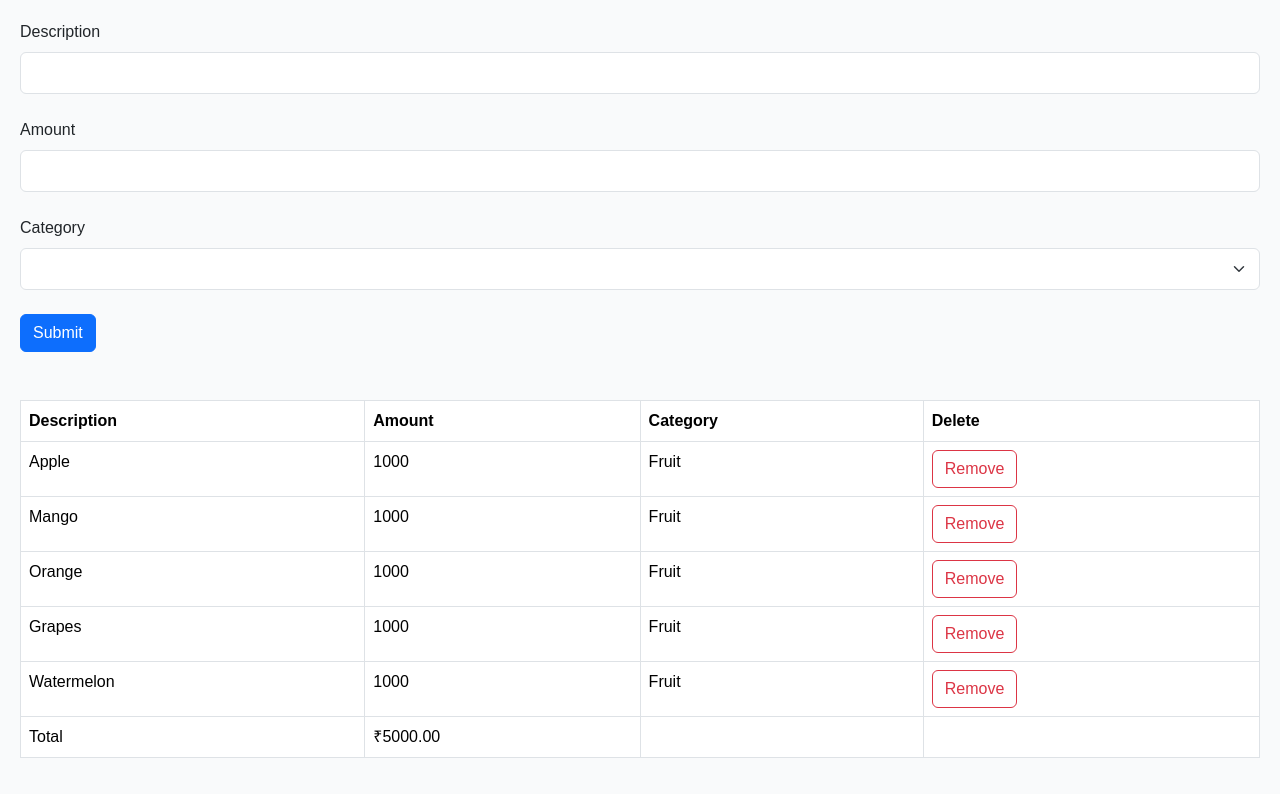
Repository: ahmad-dev7/TrendWear
Page: / (app in trend_wear_dashboard/)
The author's editor kept a copy of each file at every save. The page is drawn from the files as they stood at one save, then again after the next save.
The browser window is 1280 px wide. The pictures show the whole page.
The project was rebuilt for these pictures with package versions that can differ from the ones it lists, and the page was loaded fresh each time. Also part of the build but not shown: trend_wear_dashboard/vite.config.ts.

Above is the page before, as saved 2025-01-21 04:25:20.

### trend_wear_dashboard/index.html
<!doctype html>
<html lang="en">

<head>
  <meta charset="UTF-8" />
  <link rel="icon" type="image/svg+xml" href="/vite.svg" />
  <meta name="viewport" content="width=device-width, initial-scale=1.0" />
  <title>Trend Wear</title>
</head>

<body>
  <div id="root"></div>
  <script type="module" src="/src/main.tsx"></script>
</body>

</html>

### trend_wear_dashboard/src/main.tsx
import { StrictMode } from "react";
import { createRoot } from "react-dom/client";
import "bootstrap/dist/css/bootstrap.css";
import "./App.css";
import App from "./App.tsx";

createRoot(document.getElementById("root")!).render(
  <StrictMode>
    <App />
  </StrictMode>
);

### trend_wear_dashboard/src/App.css
body {
    background-color: #F9FAFB;
    padding: 20px;
    border-color: #e5e7eb;
    font-family: Arial, Helvetica, sans-serif;

}

#parent {
    display: flex;
}

### trend_wear_dashboard/src/App.tsx
// import Body from "./Components/Body/Body";
// import Navbar from "./Components/Navbar/Navbar";
// import Sidebar from "./Components/Sidebar/Sidebar";
// import AddProducts from "./Components/AddProduct/AddProduct";
// import Dashboard from "./Components/Dashboard/Dashboard";
import { useState } from "react";
import ExpenseList from "./ExpenseTracker/ExpenseList";
import ExpenseForm from "./Form";

export const categories = ["Fruit", "Vegetables", "Groceries"];

function App() {
  const [expenses, setExpenses] = useState([
    { id: 1, description: "Apple", amount: 1000, category: "Fruit" },
    { id: 2, description: "Mango", amount: 1000, category: "Fruit" },
    { id: 3, description: "Orange", amount: 1000, category: "Fruit" },
    { id: 4, description: "Grapes", amount: 1000, category: "Fruit" },
    { id: 5, description: "Watermelon", amount: 1000, category: "Fruit" },
  ]);

  return (
    <>
      <ExpenseForm
        onSubmitExpense={(expense) =>
          setExpenses([...expenses, { ...expense, id: expenses.length + 1 }])
        }
      />
      <div className="mb-5"></div>
      <ExpenseList
        expenses={expenses}
        onRemove={(id) => setExpenses(expenses.filter((e) => e.id != id))}
      />
    </>

    // <div id="parent">
    //   <Sidebar onSelectTab={setBody} />
    //   <div style={{ flex: 1 }}>
    //     <Navbar />
    //     <Body>
    //       {body == "Dashboard" && <Dashboard />}
    //       {body == "Add Product" && <AddProducts />}
    //     </Body>
    //   </div>
    // </div>
  );
}

export default App;

### trend_wear_dashboard/src/ExpenseTracker/ExpenseList.tsx
export interface Expenses {
  id: number;
  description: string;
  amount: number;
  category: string;
}

interface Props {
  expenses: Expenses[];
  onRemove: (id: number) => void;
}

const ExpenseList = ({ expenses, onRemove }: Props) => {
  if (expenses.length == 0) return null;

  return (
    <>
      <table className="table table-bordered">
        <thead>
          <tr>
            <th>Description</th>
            <th>Amount</th>
            <th>Category</th>
            <th>Delete</th>
          </tr>
        </thead>
        <tbody>
          {expenses.map((expense) => (
            <tr key={expense.id}>
              <td>{expense.description}</td>
              <td>{expense.amount} </td>
              <td>{expense.category} </td>
              <td>
                <button
                  onClick={() => onRemove(expense.id)}
                  className="btn btn-outline-danger"
                >
                  Remove
                </button>
              </td>
            </tr>
          ))}
        </tbody>
        <tfoot>
          <tr>
            <td>Total</td>
            <td>
              ₹
              {expenses
                .reduce((acc, expense) => expense.amount + acc, 0)
                .toFixed(2)}
            </td>
            <td></td>
            <td></td>
          </tr>
        </tfoot>
      </table>
    </>
  );
};

export default ExpenseList;

### trend_wear_dashboard/src/Form.tsx
import "bootstrap/dist/css/bootstrap.css";
import { FieldValues, useForm } from "react-hook-form";
import { categories } from "./App";

interface ExpenseFormData {
  description: string;
  amount: number;
  category: string;
}

interface Props {
  onSubmitExpense: (data: ExpenseFormData) => void;
}

const ExpenseForm = ({ onSubmitExpense }: Props) => {
  const { register, handleSubmit } = useForm();

  const onSubmit = (data: FieldValues) =>
    onSubmitExpense({
      description: data.description,
      amount: data.amount,
      category: data.category,
    });
  return (
    <form onSubmit={handleSubmit(onSubmit)}>
      <div className="mb-4">
        <label htmlFor="description" className="form-label">
          Description
        </label>
        <input
          {...register("description")}
          id="description"
          type="text"
          className="form-control p-2"
        />
      </div>
      <div className="mb-4">
        <label htmlFor="amount" className="form-label">
          Amount
        </label>
        <input
          {...register("amount")}
          id="amount"
          type="text"
          className="form-control p-2"
        />
      </div>
      <div className="mb-4">
        <label htmlFor="category" className="form-label">
          Category
        </label>
        <select
          {...register("category")}
          id="category"
          className="form-select p-2"
        >
          <option value=""></option>
          {categories.map((category) => (
            <option className="dropdown-item" value={category} key={category}>
              {category}
            </option>
          ))}
        </select>
      </div>
      <button className="btn btn-primary">Submit</button>
    </form>
  );
};

export default ExpenseForm;

After the next save:
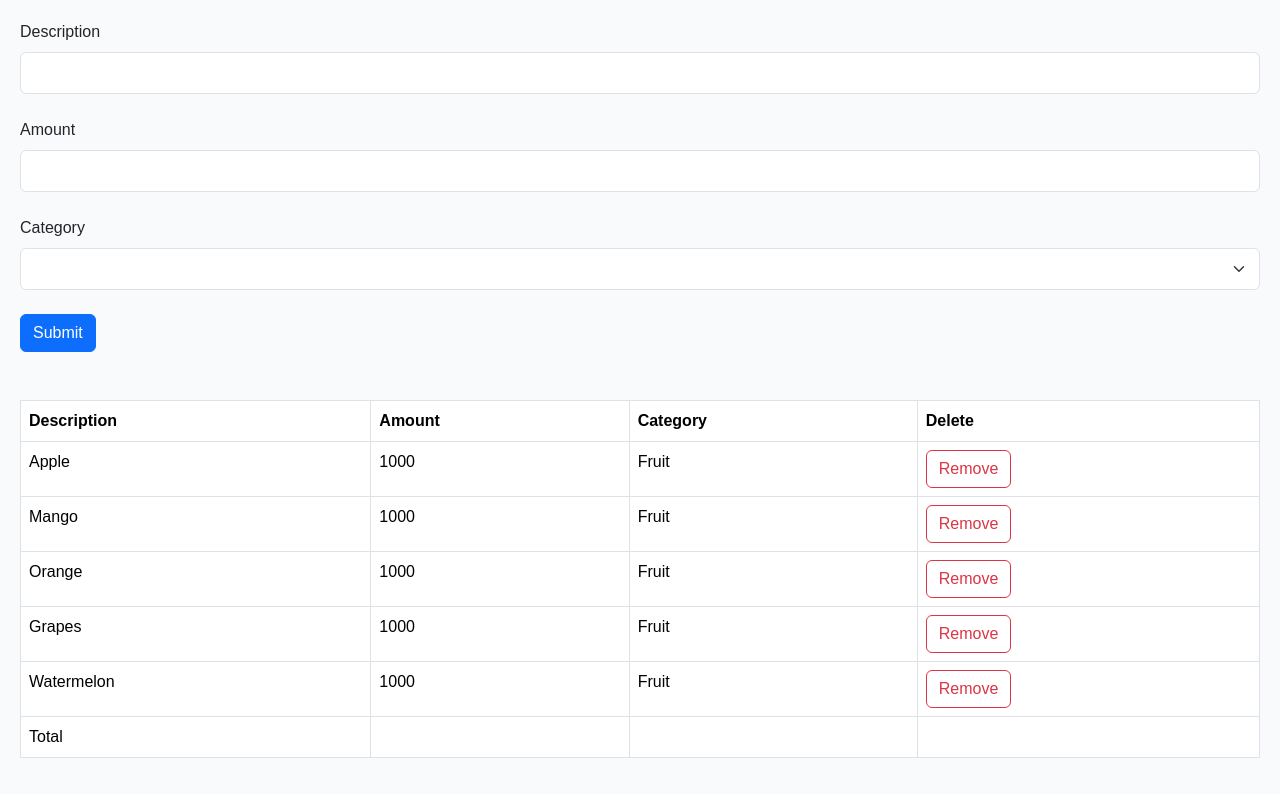
Saved 102 s later.
--- a/trend_wear_dashboard/src/ExpenseTracker/ExpenseList.tsx
+++ b/trend_wear_dashboard/src/ExpenseTracker/ExpenseList.tsx
@@ -45,10 +45,10 @@ const ExpenseList = ({ expenses, onRemove }: Props) => {
           <tr>
             <td>Total</td>
             <td>
-              ₹
+              {/* ₹
               {expenses
                 .reduce((acc, expense) => expense.amount + acc, 0)
-                .toFixed(2)}
+                .toFixed(2)} */}
             </td>
             <td></td>
             <td></td>

After the save that followed:
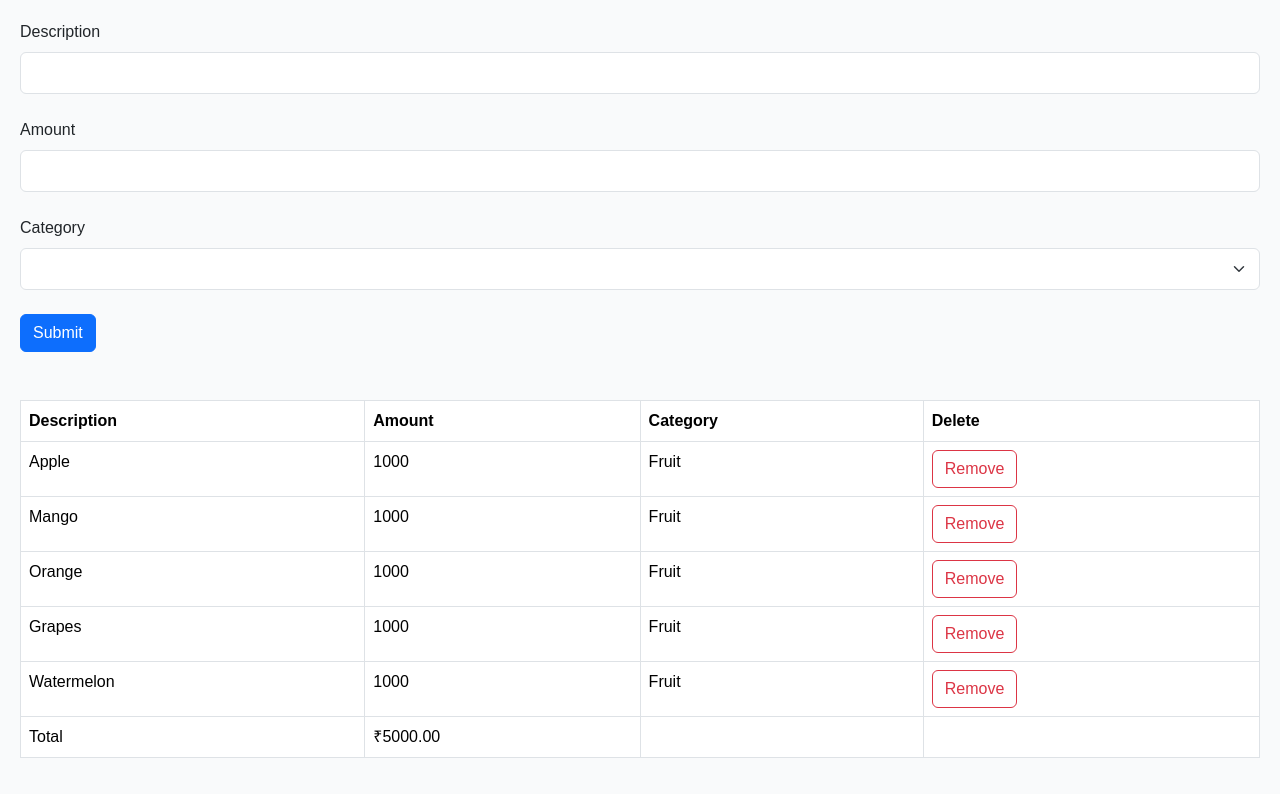
Saved 2 min 11 s later.
--- a/trend_wear_dashboard/src/ExpenseTracker/ExpenseList.tsx
+++ b/trend_wear_dashboard/src/ExpenseTracker/ExpenseList.tsx
@@ -45,10 +45,10 @@ const ExpenseList = ({ expenses, onRemove }: Props) => {
           <tr>
             <td>Total</td>
             <td>
-              {/* ₹
+              ₹
               {expenses
                 .reduce((acc, expense) => expense.amount + acc, 0)
-                .toFixed(2)} */}
+                .toFixed(2)}
             </td>
             <td></td>
             <td></td>
